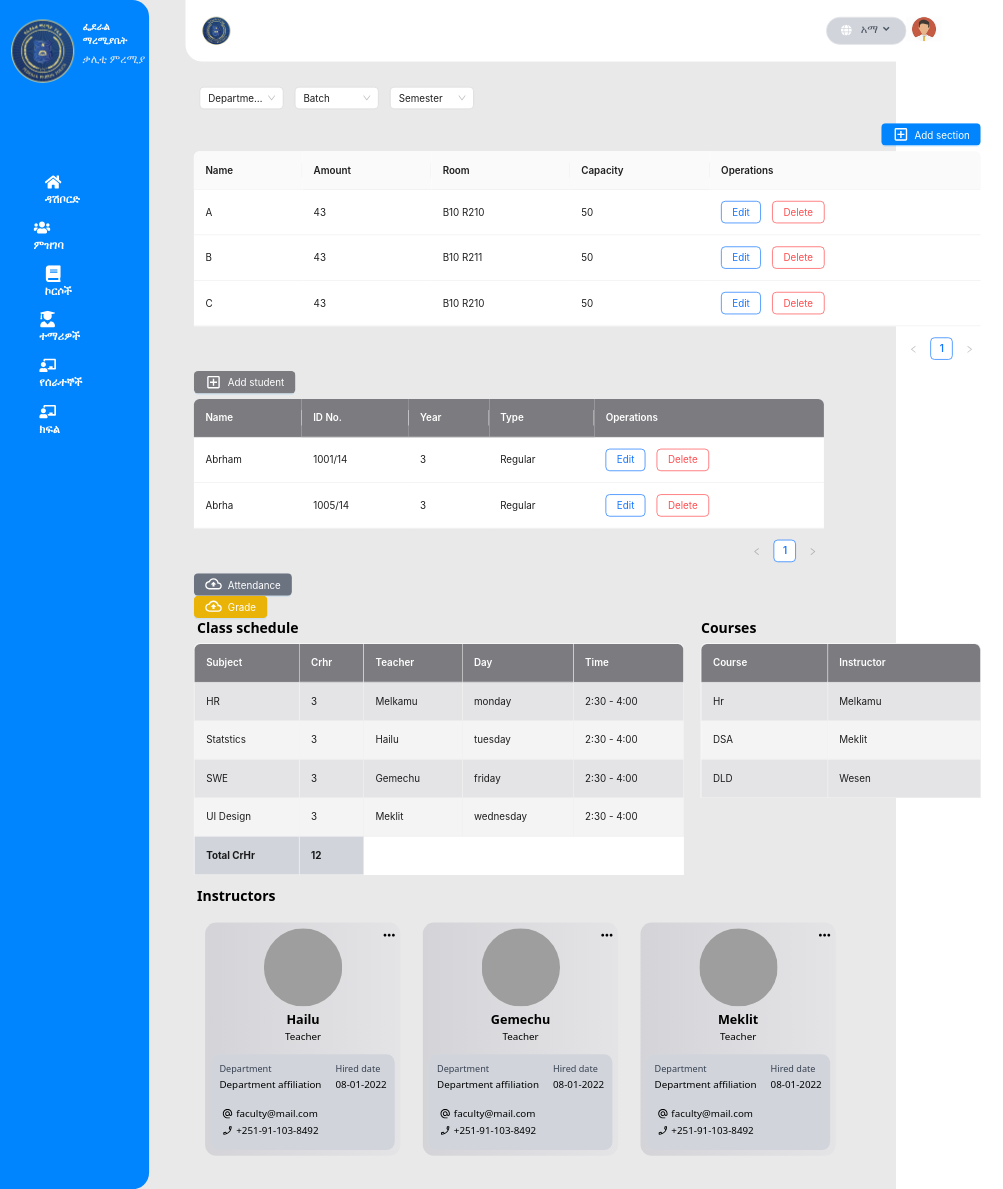
Repository: Yigoya/federal-prison-education-ms-frontend
Page: /classroom, after clicking the first element matching `td.ant-table-cell > a`
These files come from the project's save history. The page is drawn as it stood at one moment and after a run of saves; the edit follows.
The browser window is 1280 px wide. The page is 1433 px wide, so the pictures cover 1433 px, including what lies to the right of the window. The pictures show the whole page, at 70% of full size.
Pictures or frames that could not be fetched are drawn as grey boxes. The project was rebuilt for these pictures with package versions that can differ from the ones it lists, and the page was loaded fresh each time. Also part of the build but not shown: vite.config.js, src/pages/DashBoard.jsx, src/pages/Courses.jsx, src/layout/AuthLayout.jsx, src/pages/Login.jsx, src/pages/Teachers.jsx, src/pages/StudentRegistration.jsx, src/components/classroom/ComboBox.jsx and 1 more. Imported but missing from the stored project, and not drawn on this page: src/pages/Students.

Above is the page before, as saved 2024-07-05 16:52:37.

After the next 4 saves:
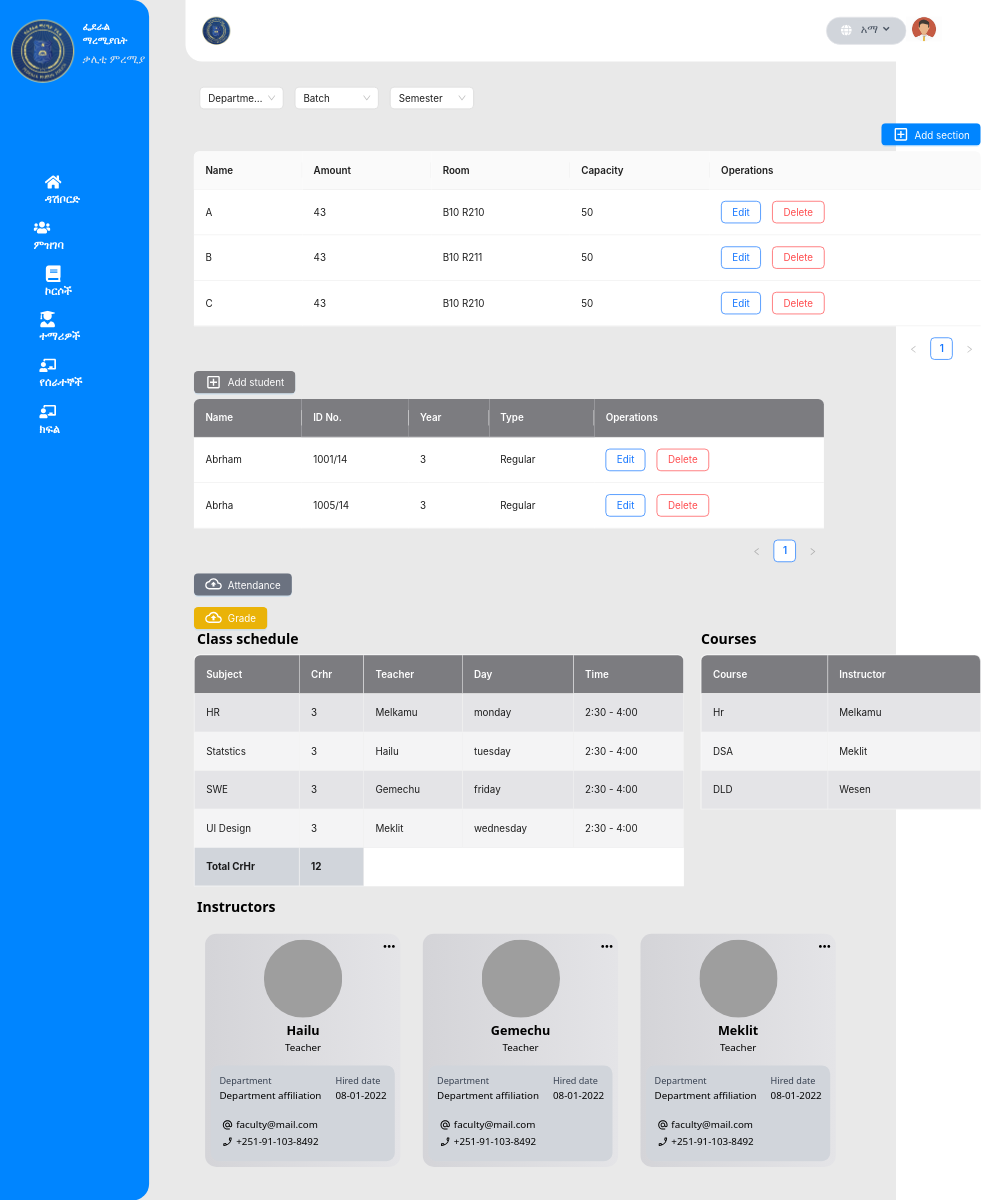
The 4 saves are shown as one change because they came seconds apart.
The last was saved 9 s later.
--- a/src/components/classroom/SectionsTable.jsx
+++ b/src/components/classroom/SectionsTable.jsx
@@ -58,7 +58,7 @@
       {activeSection && (
         <div>
           <StudentsTable section={activeSection} />
-          <div className="">
+          <div className="flex flex-col gap-4">
           <UploadCenter text={"Attendance"} color={"bg-gray-500"} />
           <UploadCenter text={"Grade"} color={"bg-yellow-500"} />
           </div>
